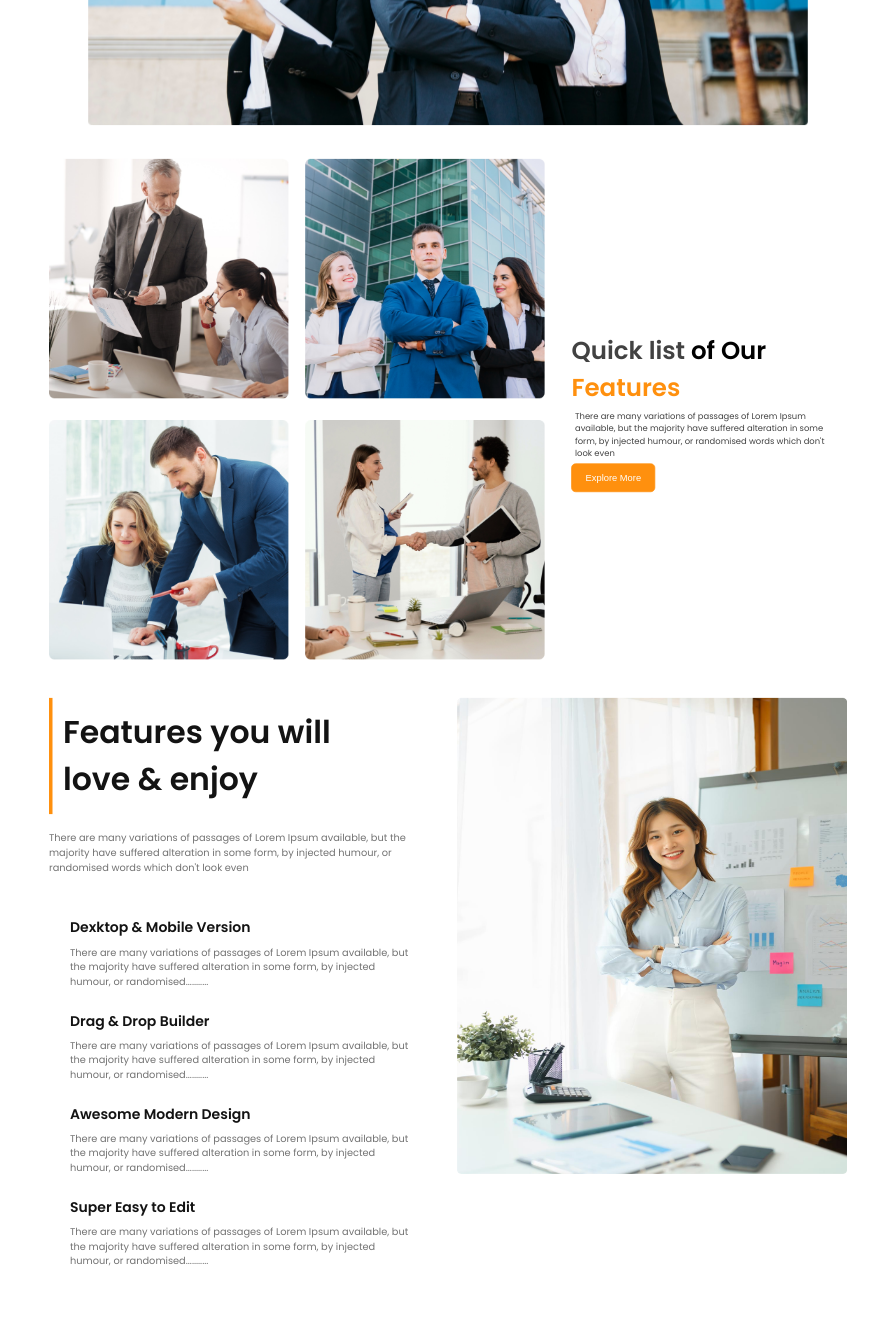
Repository: mdrubel02/G3_Architects
Page: index.html
An editor plug-in stored every save of this project. The page is shown before and after the next save, followed by the edit.
The browser window is 1280 px wide. The pictures show the part of the page from y = 750 to 2670 px (the page is 2670 px tall), at 70% of full size.

Above is the page before, as saved 2023-01-15 10:09:02.

After the next save:
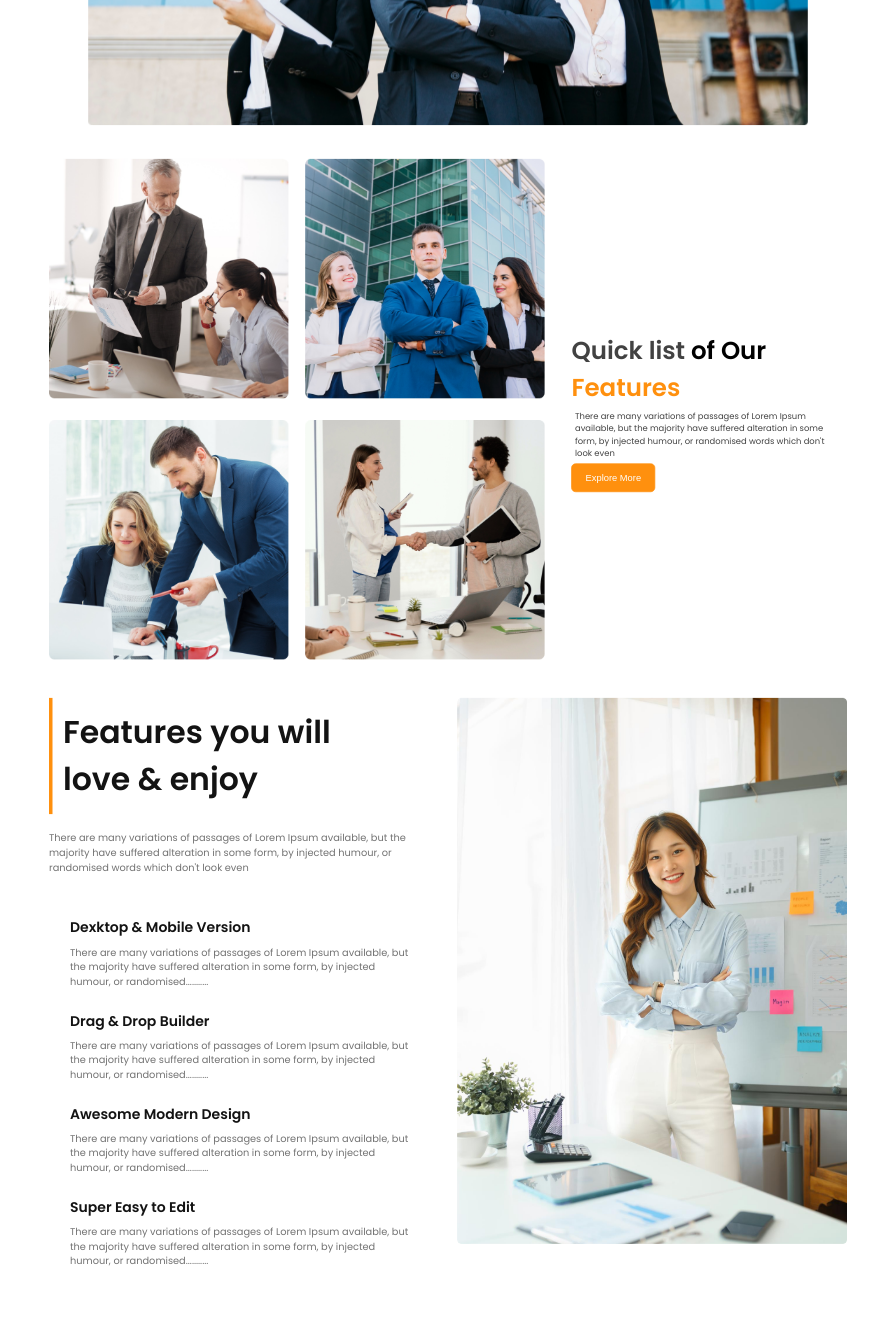
Saved 71 s later.
--- a/style.css
+++ b/style.css
@@ -202,5 +202,5 @@
 }
 .features_destiny_right img{
     width: 557px;
-    height: 680px;
-}
+    height: 780px;
+}
